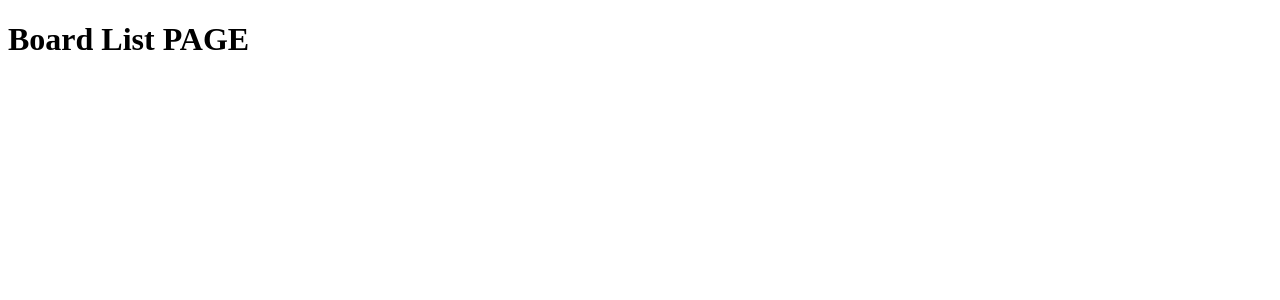
Repository: hwimi/2024-04-12-01
Page: http://localhost/jsp_study/board/list.jsp
An editor plug-in stored every save of this project. The page is shown before and after the next save, followed by the edit.
The browser window is 1280 px wide. The pictures show the whole page.
The page is served by Tomcat 9. Other server files are loaded and not shown.

Above is the page before, as saved 2024-04-12 05:47:09.

### jsp_study/src/main/webapp/board/list.jsp
<%@ page language="java" contentType="text/html; charset=UTF-8"
    pageEncoding="UTF-8"%>
<!DOCTYPE html>
<html>
<head>
<meta charset="UTF-8">
<title>Insert title here</title>
</head>
<body>
	<h1>Board List PAGE</h1>
</body>
</html>

After the next save:
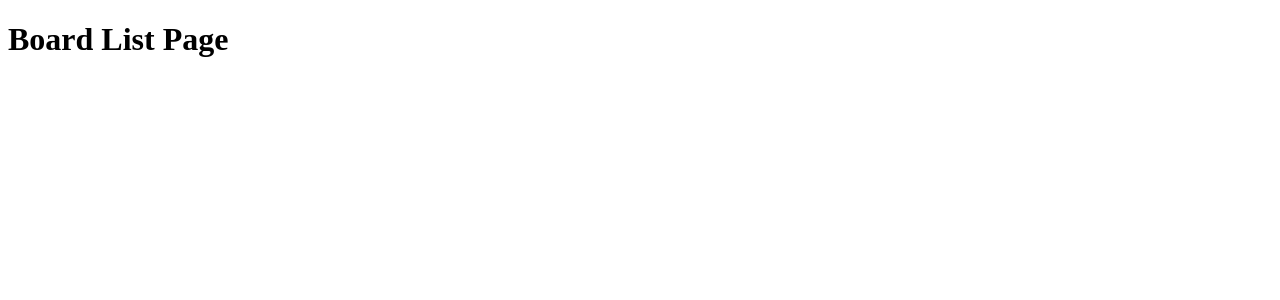
Saved 10 s later.
--- a/jsp_study/src/main/webapp/board/list.jsp
+++ b/jsp_study/src/main/webapp/board/list.jsp
@@ -7,6 +7,8 @@
 <title>Insert title here</title>
 </head>
 <body>
-	<h1>Board List PAGE</h1>
+	<h1>Board List Page</h1>
+
+	<table></table>
 </body>
 </html>
